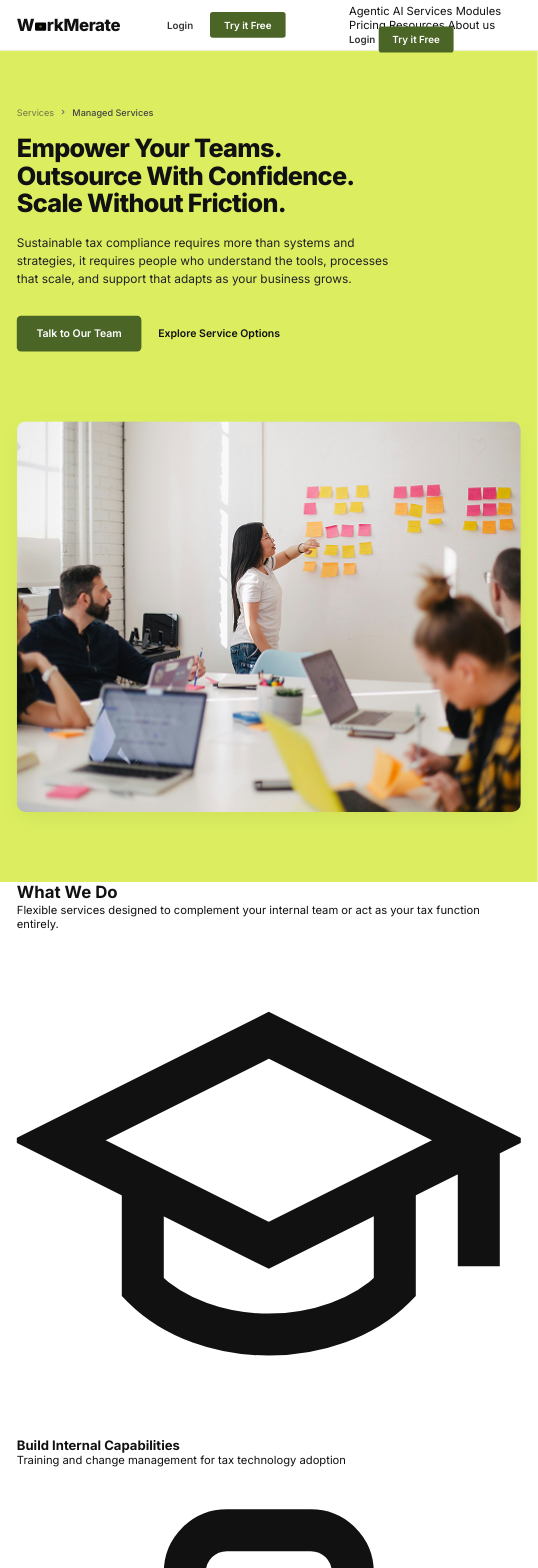
Repository: Opawumi/work_merate
Page: managed.html
These files come from the project's save history. The page is drawn as it stood at one moment and after the next save; the edit follows.
The browser window is 768 px wide. The pictures show the part of the page from y = 0 to 2240 px (the page is 13328 px tall), at 70% of full size.

Above is the page before, as saved 2026-02-02 11:51:16.

After the next save:
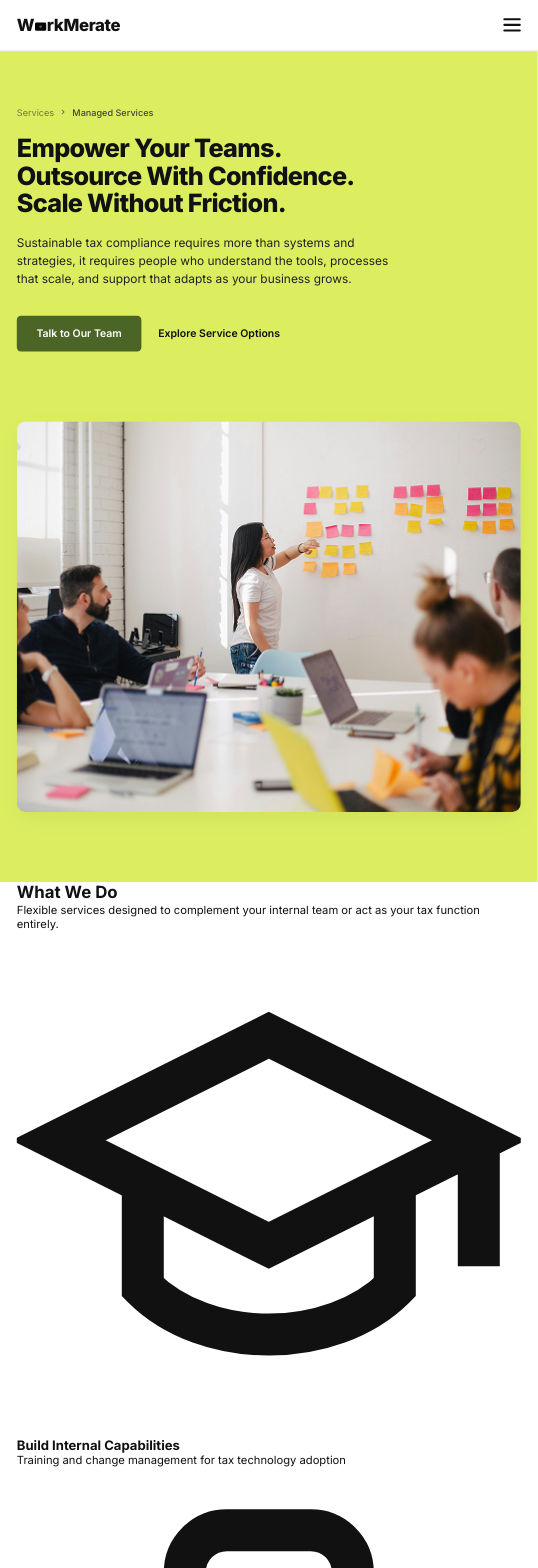
Saved 38 s later.
--- a/managed.css
+++ b/managed.css
@@ -137,6 +137,97 @@
 }
 
 .btn-nav:hover { background-color: #3d5220; }
+
+/* --- Hamburger Icon (Default Hidden) --- */
+.hamburger {
+    display: none; /* Hidden on desktop */
+    flex-direction: column;
+    gap: 5px;
+    cursor: pointer;
+    z-index: 101;
+}
+
+.bar {
+    width: 25px;
+    height: 3px;
+    background-color: #111;
+    transition: all 0.3s ease;
+    border-radius: 2px;
+}
+
+/* Hamburger Animation (When Active) */
+.hamburger.active .bar:nth-child(1) {
+    transform: translateY(8px) rotate(45deg);
+}
+
+.hamburger.active .bar:nth-child(2) {
+    opacity: 0;
+}
+
+.hamburger.active .bar:nth-child(3) {
+    transform: translateY(-8px) rotate(-45deg);
+}
+
+/* --- Mobile Menu Dropdown --- */
+.mobile-menu {
+    position: absolute;
+    top: 72px; /* Height of navbar */
+    left: 0;
+    width: 100%;
+    background-color: #fff;
+    border-bottom: 1px solid #eee;
+    box-shadow: 0 10px 20px rgba(0,0,0,0.05);
+    overflow: hidden;
+    max-height: 0; /* Hidden by default */
+    transition: max-height 0.4s ease-in-out;
+    z-index: 99;
+}
+
+.mobile-menu.open {
+    max-height: 500px; /* Expands when open */
+}
+
+.mobile-link {
+    display: block;
+    padding: 14px 24px;
+    font-size: 15px;
+    font-weight: 500;
+    color: #333;
+    border-left: 3px solid transparent;
+    border-bottom: 1px solid #f9f9f9;
+}
+
+.mobile-link:hover, .mobile-link.active {
+    background-color: #f5f7f2;
+    border-left-color: #4F6F2F;
+    color: #000;
+}
+
+.mobile-actions-wrapper {
+    padding: 20px 24px;
+    display: flex;
+    flex-direction: column;
+    gap: 16px;
+    align-items: center;
+}
+
+.btn-nav.full-width {
+    width: 100%;
+    text-align: center;
+}
+
+/* --- Responsive Breakpoint --- */
+@media (max-width: 992px) {
+    /* Hide Desktop Elements */
+    .desktop-only {
+        display: none !important;
+    }
+
+    /* Show Hamburger */
+    .hamburger {
+        display: flex;
+    }
+}
 
 /* --- Managed Services Hero Section --- */
 .hero-section {
